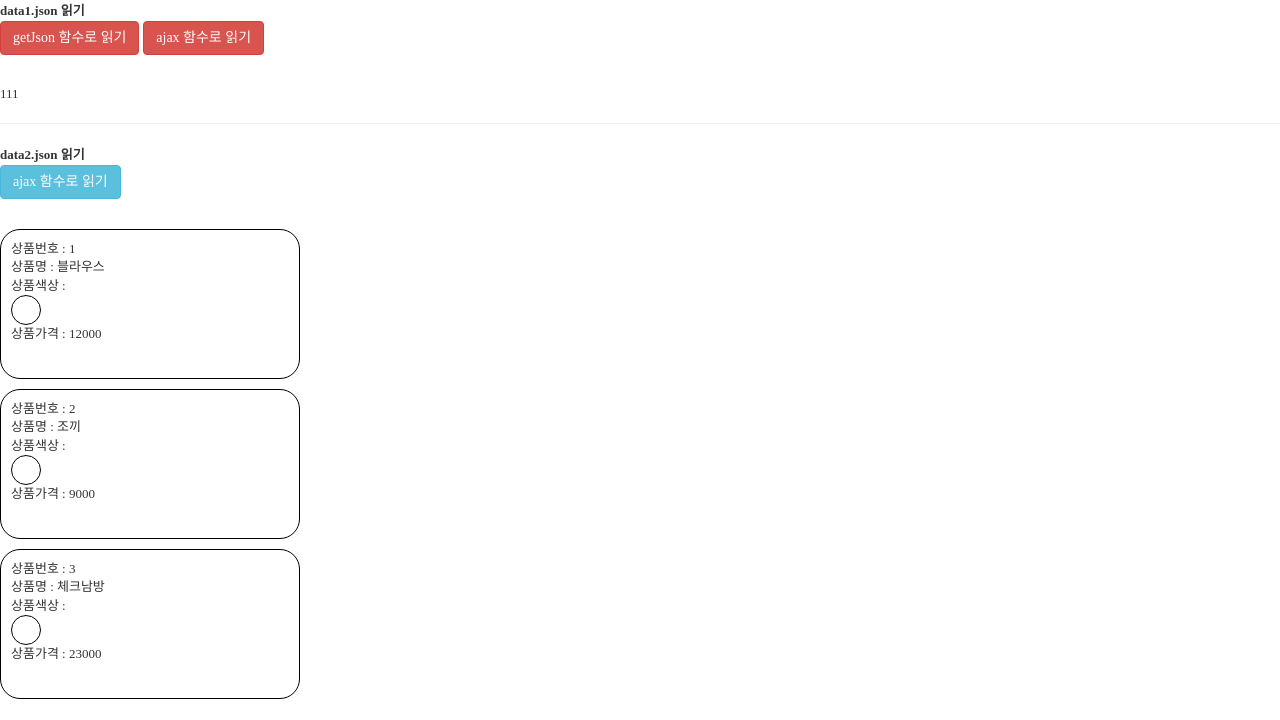
Repository: Juheekim1207/Javawork
Page: WebProjectEx1/src/main/webapp/day0419/Ex1ReadJson.html
The author's editor kept a copy of each file at every save. The page is drawn from the files as they stood at one save, then again after the next save.
The browser window is 1280 px wide. The pictures show the whole page.
After loading, the first visible `#btn3` was clicked once.
Some web fonts or font styles are not loaded; a fallback is used.

Above is the page before, as saved 2022-04-19 05:18:14.

After the next save:
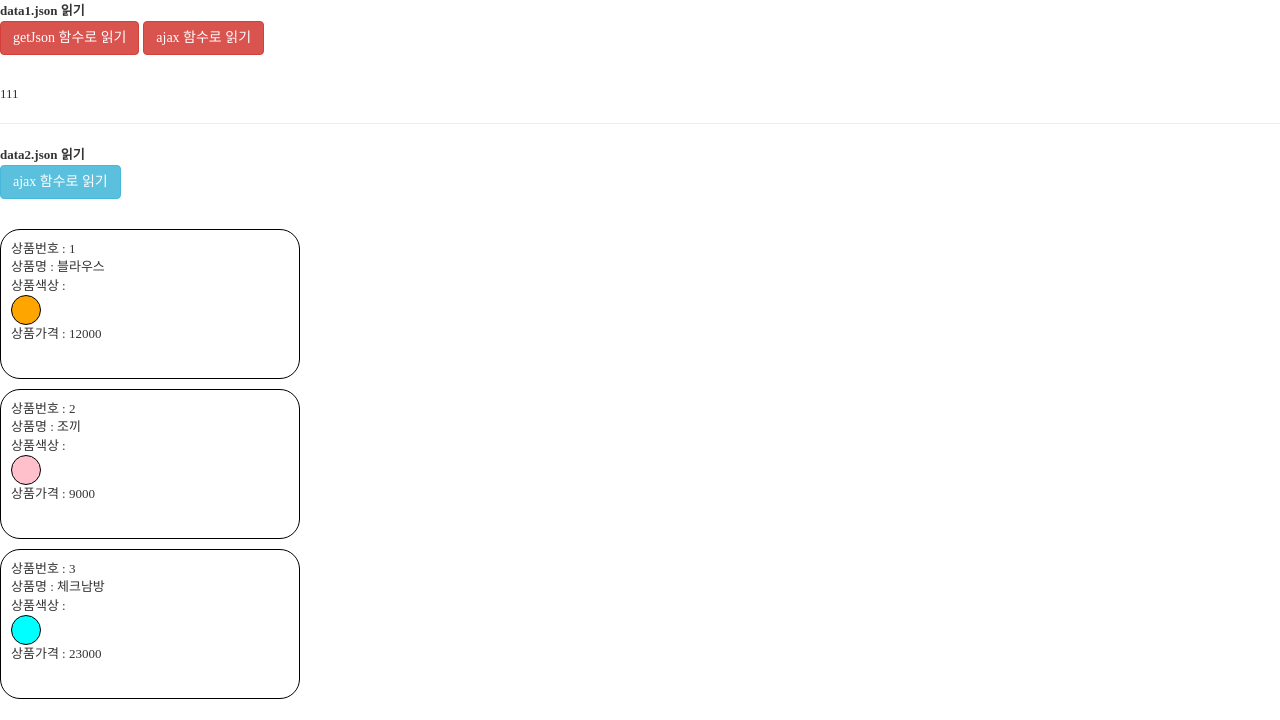
Saved 69 s later.
--- a/WebProjectEx1/src/main/webapp/day0419/Ex1ReadJson.html
+++ b/WebProjectEx1/src/main/webapp/day0419/Ex1ReadJson.html
@@ -65,7 +65,7 @@
 						s += "<div class='shop'>";
 						s += "상품번호 : " + (i+1) + "<br>";
 						s += "상품명 : " + elt.sangpum + "<br>";
-						s += "상품색상 : <div style='background-color:'" + elt.color + ";'></div>";
+						s += "상품색상 : <div style='background-color:" + elt.color + ";'></div>";
 						s += "상품가격 : " + elt.price;
 						s += "</div>";
 
